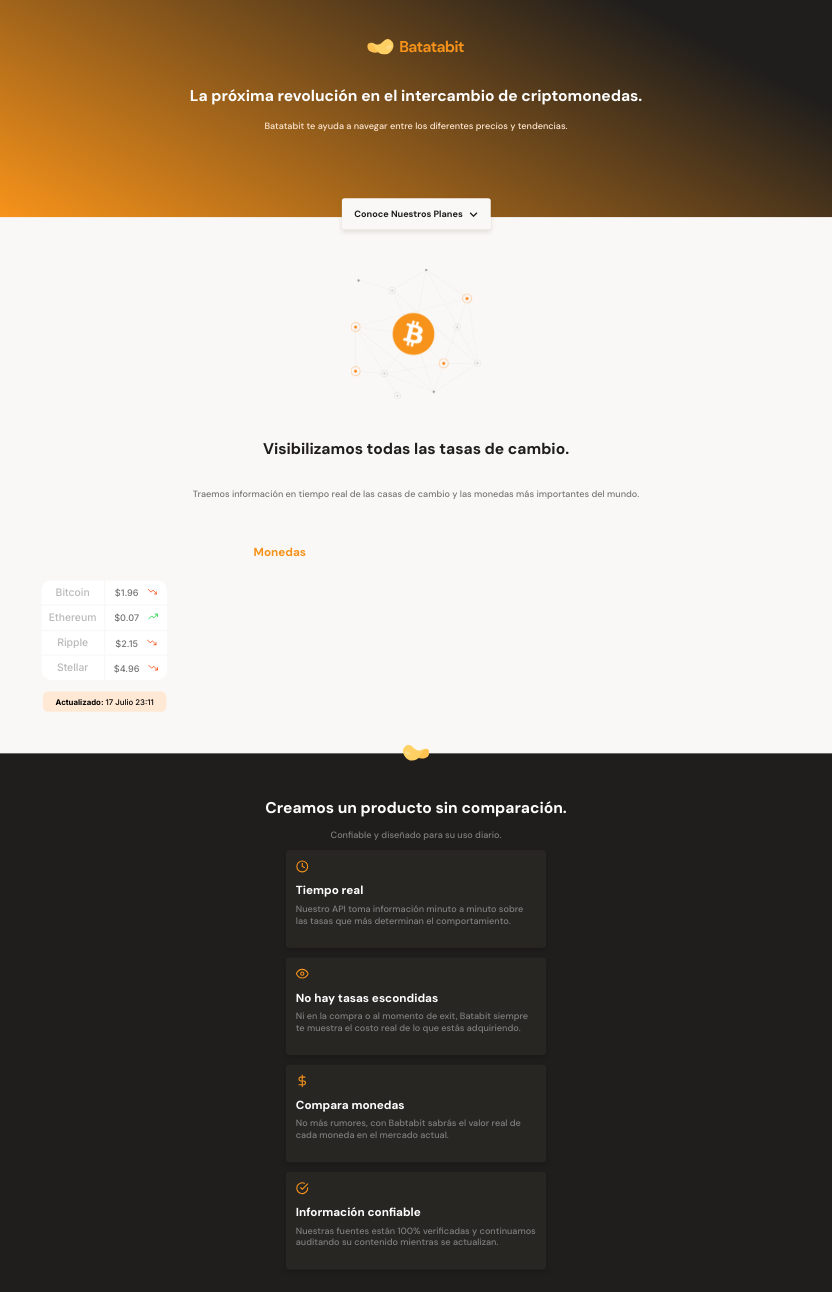
Repository: Pandrea-hub/Batatabit
Page: index.html
The author's editor kept a copy of each file at every save. The page is drawn from the files as they stood at one save, then again after a run of saves.
The browser window is 1280 px wide. The pictures show the whole page, at 65% of full size.

Above is the page before, as saved 2022-04-19 08:07:21.

### index.html
<!DOCTYPE html>
<html lang="en">
<head>
    <meta charset="UTF-8">
    <meta http-equiv="X-UA-Compatible" content="IE=edge">
    <meta name="viewport" content="width=device-width, initial-scale=1.0">
    <title>Document</title>
    <link rel="preconnect" href="https://fonts.googleapis.com">
    <link rel="preconnect" href="https://fonts.gstatic.com" crossorigin>
    <link href="https://fonts.googleapis.com/css2?family=DM+Sans:wght@400;500;700&family=Inter:wght@300;500;700&display=swap" rel="stylesheet">
    <link rel="stylesheet" href="./style.css">
</head>
<body>


    <header>

        <img src="./assets/img/logo.svg" alt="Logo del header donde estara una patata y el nombre que es Batatabit"/>
        <div class="header--title-container">
            <h1>La próxima revolución en el intercambio de criptomonedas.</h1>
            <p>Batatabit te ayuda a navegar entre los diferentes precios y tendencias.</p>
            <a href="" class="header--button">Conoce Nuestros Planes<span></span></a>
        </div>
    </header>


    <main>
        <section class="main-exchange--container">
            <div class="backgroungImg"></div>
            <div class="main-exchange--container--title">
                <h2>Visibilizamos todas las tasas de cambio.</h2>
                <p>Traemos información en tiempo real de las casas de cambio y las monedas más importantes del mundo.</p>
            </div>

            <section class="main-tables-container">
                <div class="main-currency-table">



                    <div class="currenty-table">

                        <div class="container-arrow--left" id="arrow-left"></div>

                        <div class="currency-table--container" id="table-1">
                            <p class="currency-table--title" id="title-1">Monedas</p>
                            <table>
                                <tr>
                                    <tr>
                                        <td class="table__top--left">Bitcoin</td>
                                        <td class="table__top--right table__right">$1.96 <span class="down"></span></td>
                                    </tr>
                                    <tr>
                                        <td>Ethereum</td>
                                        <td class="table__right">$0.07 <span class="up"></span></td>
                                    </tr>
                                    <tr>
                                        <td>Ripple</td>
                                        <td class="table__right">$2.15 <span class="down"></span></td>
                                    </tr>
                                    <tr>
                                        <td class="table__bottom--left">Stellar</td>
                                        <td class="table__bottom-right table__right">$4.96 <span class="down"></span></td>
                                    </tr>
                                </tr>
                            </table>
                        </div>


                        <div class="currency-table--container" id="table-2">
                            <p class="currency-table--title" id="title-2">Comisiones</p>
                            <table>
                                <tr>
                                    <tr>
                                        <td class="table__top--left">Bitrade</td>
                                        <td class="table__top--right table__right">$ 12.96</td>
                                    </tr>
                                    <tr>
                                        <td>Bitpreco</td>
                                        <td class="table__right">$ 13.07</td>
                                    </tr>
                                    <tr>
                                        <td>Novadax</td>
                                        <td class="table__right">$ 13.15</td>
                                    </tr>
                                    <tr>
                                        <td class="table__bottom--left">Coinext</td>
                                        <td class="table__bottom-right table__right">$ 14.96</td>
                                    </tr>
                                </tr>
                            </table>
                        </div>

                        <div class="container-arrow" id="arrow-right"></div>

                    </div>

                    <div class="currency-table--date" id="table-date">
                        <p><b>Actualizado:</b> 17 Julio 23:11 </p></p>
                    </div>

                </div>
            </section>
        </section>

    <script>
        const arrow_right = document.getElementById("arrow-right")
        const arrow_left = document.getElementById("arrow-left")
        const table_1 = document.getElementById("table-1")
        const table_2 = document.getElementById("table-2")
        const date = document.getElementById("table-date");


        arrow_right.onclick = function(){
            arrow_right.style.display="none";
            table_1.style.display = "none"
            table_2.style.display = "grid"
            arrow_left.style.display = "block"
            date.style.backgroundColor="#E7F5FF";
        }
        arrow_left.onclick = function(){
            arrow_left.style.display="none";
            table_1.style.display = "grid"
            table_2.style.display = "none"
            arrow_right.style.display = "block"
            date.style.backgroundColor="#FFE9D4";
        }
    </script>


        <section class="main-product--detail">
            <span class="product-detail--batata-logo"></span>
            <div class="product-detail--title">
                <h2>Creamos un producto sin comparación.</h2>
                <p>Confiable y diseñado para su uso diario.</p>
            </div>
            <section class="product-cards--container">
                <article class="product-detail--card">
                    <span class="icon-card clock"></span>
                    <p class="product-card--title">Tiempo real</p>
                    <p class="product-card--body">Nuestro API toma información minuto a minuto sobre las tasas que más determinan el comportamiento.</p>
                </article>

                <article class="product-detail--card">
                    <span class="icon-card tasas"></span>
                    <p class="product-card--title">No hay tasas escondidas</p>
                    <p class="product-card--body">Ni en la compra o al momento de exit, Batabit siempre te muestra el costo real de lo que estás adquiriendo.</p>
                </article>


                <article class="product-detail--card">
                    <span class="icon-card money"></span>
                    <p class="product-card--title">Compara monedas</p>
                    <p class="product-card--body">No más rumores, con Babtabit sabrás el valor real de cada moneda en el mercado actual.</p>
                </article>


                <article class="product-detail--card">
                    <span class="icon-card info"></span>
                    <p class="product-card--title">Información confiable</p>
                    <p class="product-card--body">Nuestras fuentes están 100% verificadas y continuamos auditando su contenido mientras se actualizan.</p>
                </article>


            </section>

        </section>



        <section></section>



        <section></section>
    </main>

    <footer></footer>

</body>
</html>

### style.css
/*
1. Position
2. Box model
3. typography
4. Visual themes
5. Others
*/

:root{
    --bitcoin-orange:#F7931A;
    --soft-orange:#FFE9D4;
    --secondary-blue:#1A9AF7;
    --soft-blue:#E7F5FF;
    --warm-black:#201E1C;
    --black: #201e1c;
    --grey: #bababa;
    --off-white: #faf8f7;
    --just-white: #fff;
}

*{
    padding: 0;
    margin: 0;
    box-sizing: border-box;
}


html{
    font-size: 62.5%;
    font-family: "DM Sans", sans-serif;
}

header{
    position: relative;
    display: flex;
    flex-direction:column;
    justify-content: center;
    width: 100%;
    height: 334px;
    min-width: 320px;
    text-align: center;
    background: linear-gradient(207.8deg, #201E1C 16.69%, #F7931A 100%);

}

header img{
    width: 150px;
    height: 24px;
    margin-top: 60px;
    align-self: center;
}

.header--title-container{
    width: 90%;
    min-width: 288px;
    max-width: 900px;
    height: 218px;
    margin-top: 50px;
    text-align: center;
    align-self:center;
}

.header--title-container h1{
    font-size: 2.4rem;
    font-weight: bold;
    line-height: 2.6rem;
    color: var(--just-white);
}

.header--title-container p{
    font-size: 1.4rem;
    font-weight: 500;
    line-height: 1.8rem;
    color:var(--soft-orange);
    margin-top: 2.4rem;
}


.header--title-container .header--button{
    left: calc(50% - 229px/2);
    position: absolute;
    top: 270px;
    display: block;
    margin-top: 35px;
    padding: 15px;
    width: 229px;
    height: 48px;
    background-color: var(--off-white);
    /* Box shadow */
    box-shadow: 0px 4px 8px rgba(89, 73, 30, 0.16);
    border-radius: 4px;
    font-weight: bold;
    font-size: 14px;
    line-height: 18px;
    color:var(--warm-black);
    text-decoration: none;
}

.header--button span{
    display: inline-block;
    width: 13px;
    height: 8px;
    margin-left: 10px;
    background-image: url('./assets/icons/down-arrow.svg');
}

main{
    width: 100%;
    height: auto;
    background-color:var(--off-white);
    min-width: 320px;
}


.main-exchange--container{
    width: 100%;
    height: auto;
    padding-top: 80px;
    padding-bottom: 30px;
    text-align: center;
}

.main-exchange--container--title{
    width: 100%;
    min-width: 288px;
    max-width: 900px;
    margin: 10px auto;
    padding: 1%;
}

.main-exchange--container .backgroungImg{
    width: 200px;
    height: 200px;
    margin: 0 auto;
    margin-bottom: 50px;
    background-image: url(./assets/img/bitcoin.svg);
    background-size: cover;
    background-position: center;
    background-repeat: no-repeat;
}


.main-exchange--container--title h2{
    margin-bottom: 30px;
    font-size: 2.4rem;
    font-weight: bold;
    line-height: 2.6rem;
    align-self:center;
    color:var(--warm-black);
}




.main-exchange--container--title p{
    margin-bottom: 30px;
    font-size: 1.4rem;
    line-height: 1.8rem;
    font-weight: 500;
    color:#757575;
    text-align: center;
    padding: 2%;
}



.main-tables-container{
    margin-bottom: 20px;
}



.main-currency-table{
    display: flex;

    flex-direction: column;
    width: 70%;
    min-width: 235px;
    max-width: 500px;
    height: 240px;
    margin: 0 auto;
    font-family: "Inter", sans-serif;
}

.main-currency-table .currency-table--title{
    width: 81px;
    height: 23px;
    margin: 0 auto;
    position: absolute;
    margin-bottom: 15px;
    font-size: 1.8rem;
    font-weight: bold;
    line-height: 2.3rem;
    font-family: "DM Sans";
    color:var(--bitcoin-orange);
    position: absolute;

}

.currenty-table{

}


.currency-table--container{
    margin: 0 auto;
    width: 100%;
    min-width: 230px;
    max-width: 300px;
    height: 90px;


}

.currency-table--container table{
    width: 100%;
    height: 100%;
    width: 197px;
    height: 159px;
    left: 62px;
    top: 889px;
    margin: 0 auto;
    position: absolute;
}


.currency-table--container td{
    width: 50%;
    font-size: 1.6rem;
    font-weight: 500;
    line-height: 1.9rem;
    color:var(--grey);
    background-color:var(--just-white);
    margin: 0px 10px;

}

.table__top--left{
    border-radius: 15px 0 0 0;
}

.table__top--right{
    border-radius:0 15px 0 0;
}


.table__bottom-right{
    border-radius:0 0 15px 0;
}

.table__bottom--left{
    border-radius:0 0 0 15px;
}

.currency-table--container .table__right{
    font-size: 1.4rem;
    font-weight: normal;
    line-height: 1.7rem;
    color:#757575;
}


.currency-table--container .down{
    display: inline-block;
    width: 15px;
    height: 15px;
    margin-left: 10px;
    background-image:url("./assets/icons/trending-down.svg");
    background-size:cover;
    background-repeat:no-repeat;
}

.currency-table--container .up{
    display: inline-block;
    width: 15px;
    height: 15px;
    margin-left: 10px;
    background-image:url("./assets/icons/trending-up.svg");
    background-size:cover;
    background-repeat:no-repeat;
}


.currenty-table{
    display: grid;
    grid-template-columns: 1fr 1fr 1fr;

}


.container-arrow{
    height: 10px;
    width: 12px;
    background-image: url("../assets/icons/right-arrow.svg");
    background-repeat: no-repeat;
    background-size: contain;
    background-position: center;
    position: absolute;
    margin-top:41.8%;
    right: 31px;
    cursor: pointer;
}


.container-arrow--left{
    display: none;
    height: 10px;
    width: 12px;
    background-image: url("../assets/icons/left-arrow.svg");
    background-repeat: no-repeat;
    background-size: contain;
    background-position: center;
    position: absolute;
    margin-top: 41.8%;
    left: 32px;
    cursor: pointer;
}


#title-2{
    color:var(--secondary-blue);
}



.currency-table--date{
    margin: 0 auto;
    font-size: 12px;
    position: absolute;
    width: 190px;
    height: 31px;
    left: 66px;
    top: 1064px;
    padding: 8px;
    background-color:var(--soft-orange);
    border-radius:8px;
}

#table-2{
    display: none;
}

.main-product--detail{
    position: relative;
    width: 100%;
    min-width: 320px;
    height: auto;
    padding: 20px 10px;
    background-color:var(--warm-black);
    margin-top: 30px;
}


.product-detail--batata-logo{
    left: calc(50% - 20px);
    top: -12.5px;
    position: absolute;
    width: 40px;
    height: 25px;
    background-image:url("./assets/icons/batata.svg");
}


.product-detail--title{
    width: 90%;
    min-width: 288px;
    height: auto;
    margin: 0 auto;
    margin-top: 50px;
    text-align: center;
}


.product-detail--title h2{
    margin-bottom: 20px;
    font-size: 2.4rem;
    font-weight: bold;
    line-height: 2.6rem;
    color:var(--just-white);

}

.product-detail--title p{
    color:#808080;
    font-size: 1.4rem;
    font-weight: 500;
    line-height: 1.8rem;
}


.product-detail--card{
    width: 90%;
    min-width: 288px;
    max-width: 400px;
    height: 150px;
    margin: 15px auto;
    padding: 15px;
    background-color:#282623;
    border-radius:5px;
    box-shadow:0px 4px 8px rgba(0, 0, 0, 0.16);

}


.product-detail--card .icon-card{
    display: inline-block;
    width: 20px;
    height: 20px;
    background-position: center;
    background-size: cover;
    background-repeat: no-repeat;
    margin-bottom: 15px;

}

.clock{
    background-image:url("./assets/icons/clock.svg");
}

.tasas{
    background-image:url("./assets/icons/eye.svg");
}

.money{
    background-image:url("./assets/icons/dollar-sign.svg");
}

.info{
    background-image:url("./assets/icons/check-circle.svg");
}

.product-card--title{
    font-weight: 700;
    font-weight: bold;
    font-size: 1.8rem;
    line-height: 1.8rem;
    color:var(--just-white);
}


.product-card--body{
    font-weight: 500;
    font-size: 1.4rem;
    line-height: 1.8rem;
    color: #808080;
    margin-top: 10px;
}

After the next 3 saves:
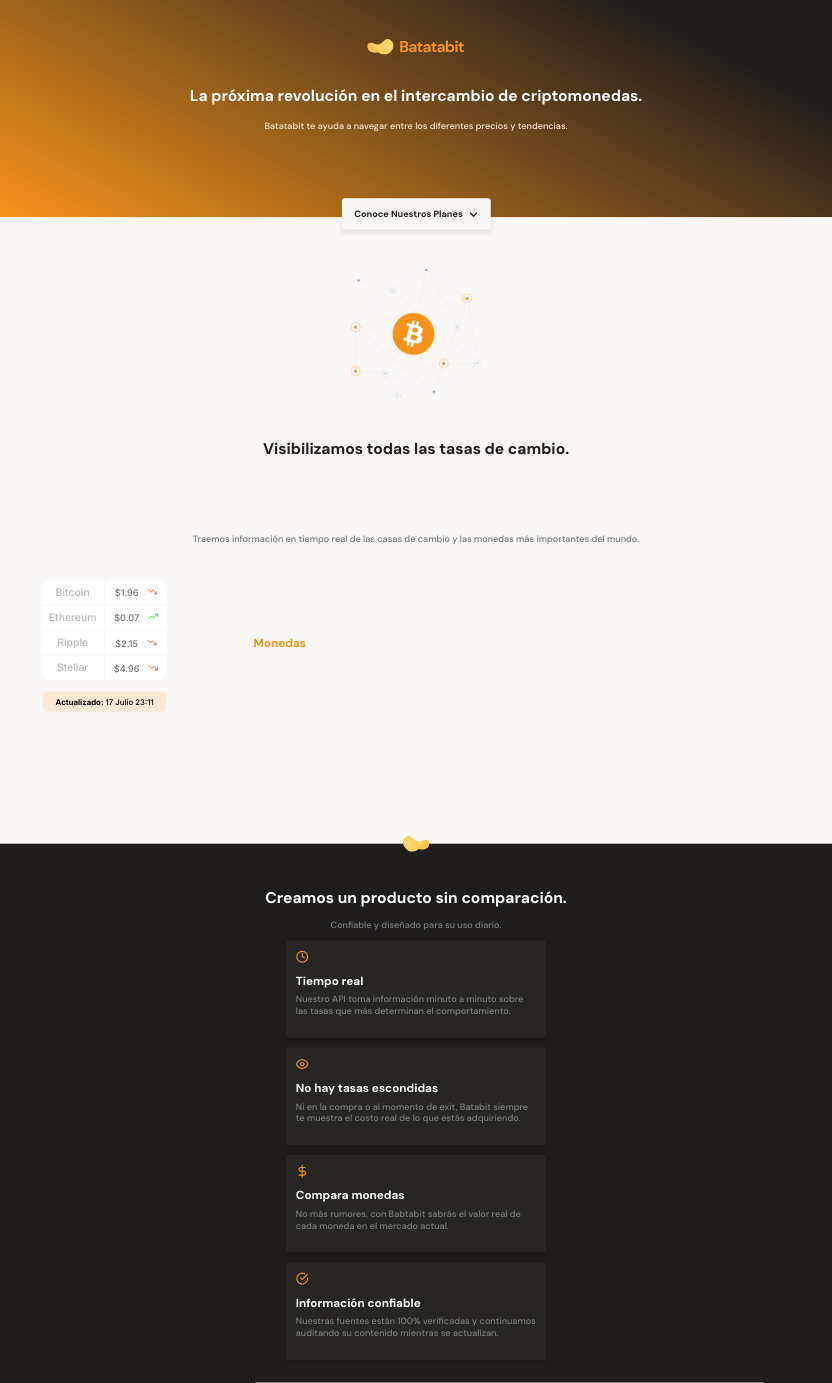
The 3 saves are shown as one change because they came seconds apart.
The last was saved 47 s later.
--- a/style.css
+++ b/style.css
@@ -159,7 +159,7 @@
     font-weight: 500;
     color:#757575;
     text-align: center;
-    padding: 2%;
+    padding: 10%;
 }
 
 
